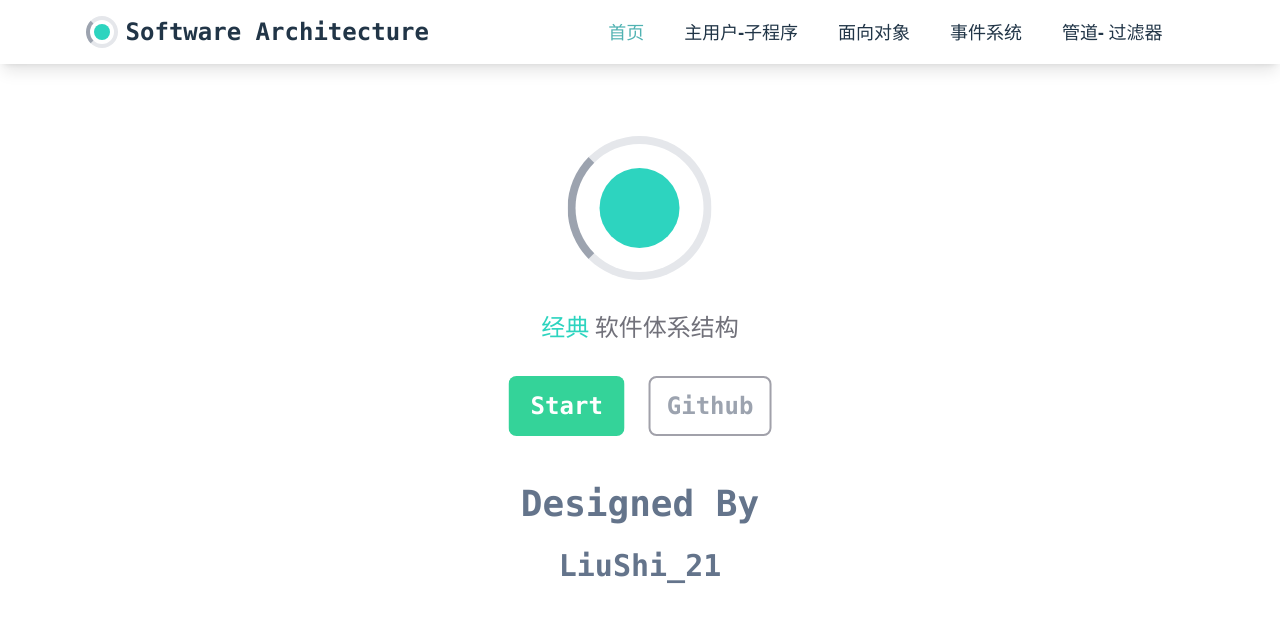
Repository: MarchRory/software_architecture_lab2
Page: / (app in lab2/)
The author's editor kept a copy of each file at every save. The page is drawn from the files as they stood at one save, then again after the next save.
The browser window is 1280 px wide. The pictures show the whole page.
The project was rebuilt for these pictures with package versions that can differ from the ones it lists, and the page was loaded fresh each time. Also part of the build but not shown: lab2/vite.config.ts. Imported but missing from the stored project, and not drawn on this page: lab2/src/views/OOP/index.vue, lab2/src/views/PipFilter/index.vue, lab2/src/views/eventsSys/index.vue, lab2/src/views/mainChild/index.vue.

Above is the page before, as saved 2023-11-17 22:13:00.

### lab2/index.html
<!Doctype html>
<html lang="en">
  <head>
    <meta charset="UTF-8" />
    <link rel="icon" type="image/svg+xml" href="/vite.svg" />
    <meta name="viewport" content="width=device-width, initial-scale=1.0" />
    <title>经典软件体系结构</title>
  </head>
  <body>
    <div id="app"></div>
    <script type="module" src="/src/main.ts"></script>
  </body>
</html>

### lab2/src/main.ts
import { createApp } from 'vue'
import './style.css'
import './style/index.css'
import hljs from 'highlight.js/lib/core'
import 'highlight.js/styles/androidstudio.css'
import java from 'highlight.js/lib/languages/java'
import router from '@/router/index'
import pinia from '@/store/index'
import App from './App.vue'
import "tailwindcss/tailwind.css"
const vueApp = createApp(App)
hljs.registerLanguage('java', java)
// 高亮指令
vueApp.directive('highlight', (el) => {
    const blocks = el.querySelectorAll('pre code')
    blocks.forEach((block: any) => {
        hljs.highlightElement(block)
    })
})
vueApp.use(router).use(pinia).mount('#app')

### lab2/src/style.css
:root {
  font-family: Inter, system-ui, Avenir, Helvetica, Arial, sans-serif;
  line-height: 1.5;
  font-weight: 400;

  color-scheme: light dark;
  color: rgba(255, 255, 255, 0.87);
  background-color: #242424;

  font-synthesis: none;
  text-rendering: optimizeLegibility;
  -webkit-font-smoothing: antialiased;
  -moz-osx-font-smoothing: grayscale;
  -webkit-text-size-adjust: 100%;
}

a {
  font-weight: 500;
  color: #646cff;
  text-decoration: inherit;
}
a:hover {
  color: #535bf2;
}

body {
  margin: 0;
  display: flex;
  place-items: center;
  min-width: 320px;
  min-height: 100vh;
}

@media (prefers-color-scheme: light) {
  :root {
    color: #213547;
    background-color: #ffffff;
  }
  a:hover {
    color: #747bff;
  }
  button {
    background-color: #f9f9f9;
  }
}

### lab2/src/router/index.ts
import { createRouter, createWebHashHistory, RouteRecordRaw } from "vue-router";
export const routes: Array<RouteRecordRaw> = [
    {
        path: '/',
        name: 'hello',
        meta: {
            tabName: '主页'
        },
        component: () => import('@/layout/index.vue'),
        redirect: '/home',
        children: [
            {
                path: '/home',
                name: 'home',
                component: () => import('@/views/hello/index.vue'),
                meta: {
                    title: '首页'
                }
            }, {
                path: '/mainChild',
                name: 'mainChild',
                component: () => import('@/views/mainChild/index.vue'),
                meta: {
                    title: '主用户-子程序'
                }
            }, {
                path: '/OOP',
                name: "OOP",
                component: () => import('@/views/OOP/index.vue'),
                meta: {
                    title: '面向对象'
                }
            }, {
                path: '/eventSys',
                name: "eventSys",
                component: () => import("@/views/eventsSys/index.vue"),
                meta: {
                    title: '事件系统'
                }
            }, {
                path: '/pipFilter',
                name: "pipFilter",
                component: () => import('@/views/PipFilter/index.vue'),
                meta: {
                    title: "管道- 过滤器"
                }
            }
        ]
    },
]

const router = createRouter({
    history: createWebHashHistory(),
    routes
})

export default router

### lab2/src/store/index.ts
import { createPinia } from 'pinia';

const stores = createPinia();

export default stores;

### lab2/src/App.vue
<script setup lang="ts">
	import { defineAsyncComponent, ref } from 'vue';
	import { useRouter } from 'vue-router';
	const router = useRouter();
	const FELoad = ref(false);
	const FELoading = defineAsyncComponent(() => import('@/components/FELoading/index.vue'));
</script>

<template>
	<div id="app">
		<FELoading class="FE" v-if="FELoad" />
		<router-view style="z-index: 999" v-show="!FELoad"></router-view>
	</div>
</template>

<style>
	#app {
		width: 100vw;
		height: 100vh;
	}
	::-webkit-scrollbar {
		width: 8px;
	}
	::-webkit-scrollbar-thumb {
		background-color: rgb(69, 199, 202);
		border-radius: 15px;
	}
	::-moz-scrollbar {
		width: 8px;
	}
	::-moz-scrollbar-thumb {
		background-color: rgb(69, 199, 202);
	}
	.FE {
		z-index: 9999;
		position: fixed;
		width: 100vw;
		height: 100vh;
		background-color: aqua;
	}
</style>

### lab2/src/layout/index.vue
<script setup lang="ts">
	import { defineAsyncComponent } from 'vue';
	const Navbar = defineAsyncComponent(() => import('./navbar.vue'));
	const APPMain = defineAsyncComponent(() => import('./Main.vue'));
</script>

<template>
	<div class="flex flex-col items-center w-full h-full">
		<Navbar />
		<APPMain class="flex-1" />
	</div>
</template>

### lab2/src/views/hello/index.vue
<script setup lang="ts">
	import { useRouter } from 'vue-router';
	const router = useRouter();
	function enterPage() {
		router.push({
			path: '/mainChild',
		});
	}
</script>

<template>
	<div
		style="position: absolute; left: 50%; top: 50%; transform: translate(-50%, -50%)"
		class="flex flex-col items-center justify-around h-fit"
	>
		<div
			class="flex items-center justify-center mb-8 border-8 rounded-full w-36 h-36 border-l-gray-400"
		>
			<div class="w-20 h-20 bg-teal-400 rounded-full"></div>
		</div>
		<div class="mb-8 space-x-2 text-2xl font-bold text-zinc-500">
			<span class="text-teal-400">经典</span>
			软件体系结构
		</div>
		<div class="flex items-center justify-between" style="width: 110%">
			<div
				@click="enterPage"
				class="flex items-center justify-center px-5 py-3 font-mono text-2xl font-bold text-white border-2 border-transparent rounded-lg hover:cursor-pointer bg-emerald-400"
			>
				Start
			</div>
			<a
				href="https://github.com/MarchRory"
				target="_blank"
				class="flex items-center justify-center px-4 py-3 font-mono text-2xl font-bold text-gray-400 border-2 rounded-lg hover:cursor-pointer border-zinc-400 hover:text-gray-400"
			>
				Github
			</a>
		</div>

		<div class="flex flex-col justify-center mt-12 font-mono font-bold w-fit text-slate-500">
			<div class="text-4xl">Designed By</div>
			<br />
			<div style="margin: 0 auto" class="text-3xl">LiuShi_21</div>
		</div>
	</div>
</template>

<style scoped></style>

### lab2/src/layout/navbar.vue
<script setup lang="ts">
	import { useRouter, useRoute, RouteRecordRaw } from 'vue-router';
	import { routes } from '@/router';
	import { ref } from 'vue';
	const router = useRouter();
	const route = useRoute();
	const Navlist = ref();
	function initNav() {
		Navlist.value = routes[0].children?.map((route: RouteRecordRaw) => {
			return {
				path: route.path,
				title: route?.meta.title,
			};
		});
	}
	initNav();
	function switchTab(path: string) {
		router.push({
			path: path,
		});
	}
</script>

<template>
	<div class="flex items-center justify-around w-full h-16 shadow-lg">
		<ul class="flex items-center justify-start list-none">
			<li class="flex items-center justify-center w-8 h-8 border-4 rounded-full border-l-gray-400">
				<div class="w-4 h-4 bg-teal-400 rounded-full"></div>
			</li>
			<li class="font-mono text-2xl navFont">Software Architecture</li>
		</ul>
		<ul class="flex min-w-fit">
			<li
				@click="switchTab(navItem.path)"
				class="mr-8 font-sans text-lg transition-all navFont hover:cursor-pointer"
				:class="[route.path == navItem.path ? 'active' : '']"
				v-for="(navItem, index) in Navlist"
				:key="index"
			>
				{{ navItem.title }}
			</li>
		</ul>
	</div>
</template>

<style scoped>
	.navFont {
		@apply ml-2 font-bold;
	}
	.active {
		color: rgb(80, 178, 178);
	}
	/* 	.active::before {
		display: block;
		content: '';
		position: absolute;
		width: 12px;
		height: 12px;
		border-radius: 50%;
		background-color: rgb(80, 178, 178);
		transform: translate(100%, 50%);
	} */
</style>

### lab2/src/layout/Main.vue
<script setup lang="ts">
	import { nextTick, ref, watch } from 'vue';
	import { useScrollStore } from '@/store/modules/scroll/index';
	import { useScroll } from '@/hooks/useScroll';
	import router from '@/router';
	const scrollStore = useScrollStore();
	scrollStore.init();
	const main = ref<HTMLDivElement>();
	const { pageScroll } = useScroll();
	router.beforeEach((to, from, next) => {
		pageScroll.value = 0;
		if (main.value) {
			scrollStore.update(from.fullPath, main.value.scrollTop);
			next();
		}
	});
	router.afterEach((to, from) => {
		nextTick(() => {
			if (main.value) {
				main.value.scrollTop = scrollStore.useScroll(to.fullPath) as number;
			}
		});
	});
	watch(
		() => pageScroll.value,
		(newV) => {
			let scrollTopTo = newV;
			if (main.value)
				main.value.scrollTo({ top: scrollTopTo > 0 ? scrollTopTo : 0, behavior: 'smooth' });
		},
	);
</script>

<template>
	<div class="w-full h-auto px-56 pt-4 overflow-auto" ref="main">
		<router-view v-slot="{ Component }">
			<keep-alive>
				<component :is="Component" />
			</keep-alive>
		</router-view>
	</div>
</template>

### lab2/src/store/modules/scroll/index.ts
import { defineStore } from "pinia";
import { routes } from "@/router";
import { RouteRecordRaw } from "vue-router";
interface ScrollType {
    scrollMap: Map<string, number>
}
export const useScrollStore = defineStore('useScrollStore', {
    state: (): ScrollType => {
        return {
            scrollMap: new Map()
        }
    },
    actions: {
        init(): void {
            const paths = routes[0].children?.map((route: RouteRecordRaw) => {
                return {
                    path: route.path,
                };
            });
            paths?.forEach((item, index) => {
                this.scrollMap.set(item.path, 0)
            })
        },
        update(routePath: string, scrollTop: number): void {
            this.scrollMap.set(routePath, scrollTop)
        },
        useScroll(routePath: string): number | undefined {
            return this.scrollMap.get(routePath)
        }
    }
})

### lab2/src/hooks/useScroll.ts

import { ComponentInternalInstance, getCurrentInstance, ref } from 'vue'
const pageScroll = ref(0)
export const useScroll = () => {
    return {
        pageScroll
    }
}

### lab2/src/components/FELoading/index.vue
<script setup lang="ts"></script>

<template>
	<div></div>
</template>

<style scoped></style>

Loaded but not shown: lab2/src/style/index.css (common file); lab2/tailwind.config.js (common file)

After the next save:
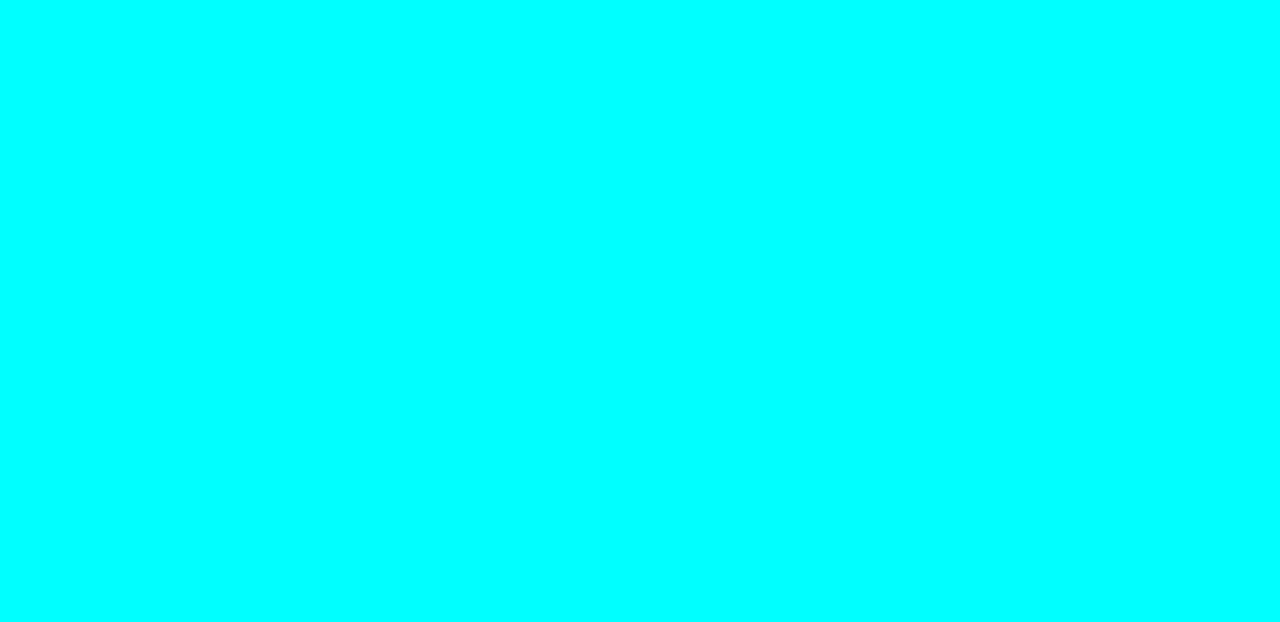
Saved 6 s later.
--- a/lab2/src/App.vue
+++ b/lab2/src/App.vue
@@ -2,7 +2,7 @@
 	import { defineAsyncComponent, ref } from 'vue';
 	import { useRouter } from 'vue-router';
 	const router = useRouter();
-	const FELoad = ref(false);
+	const FELoad = ref(true);
 	const FELoading = defineAsyncComponent(() => import('@/components/FELoading/index.vue'));
 </script>
 

After the 2 saves that followed:
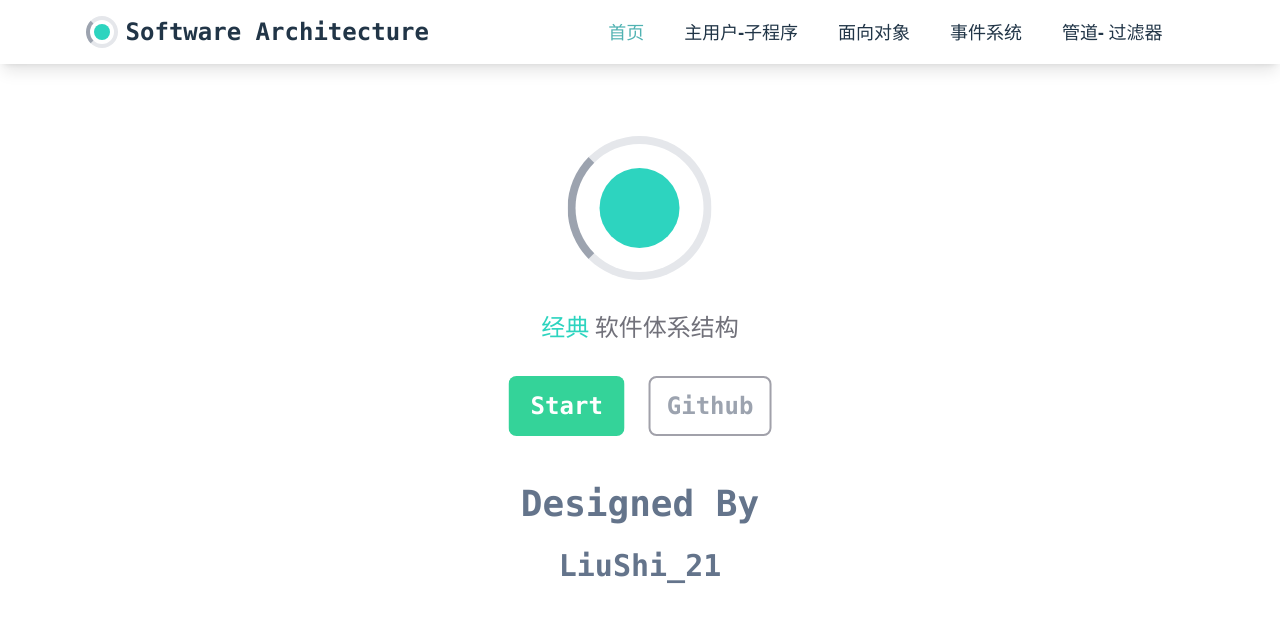
The 2 saves are shown as one change because 1 did not build or start.
The last was saved 96 s later.
--- a/lab2/src/App.vue
+++ b/lab2/src/App.vue
@@ -9,7 +9,7 @@
 <template>
 	<div id="app">
 		<FELoading class="FE" v-if="FELoad" />
-		<router-view style="z-index: 999" v-show="!FELoad"></router-view>
+		<router-view style="z-index: 999"></router-view>
 	</div>
 </template>
 
@@ -31,11 +31,4 @@
 	::-moz-scrollbar-thumb {
 		background-color: rgb(69, 199, 202);
 	}
-	.FE {
-		z-index: 9999;
-		position: fixed;
-		width: 100vw;
-		height: 100vh;
-		background-color: aqua;
-	}
 </style>
